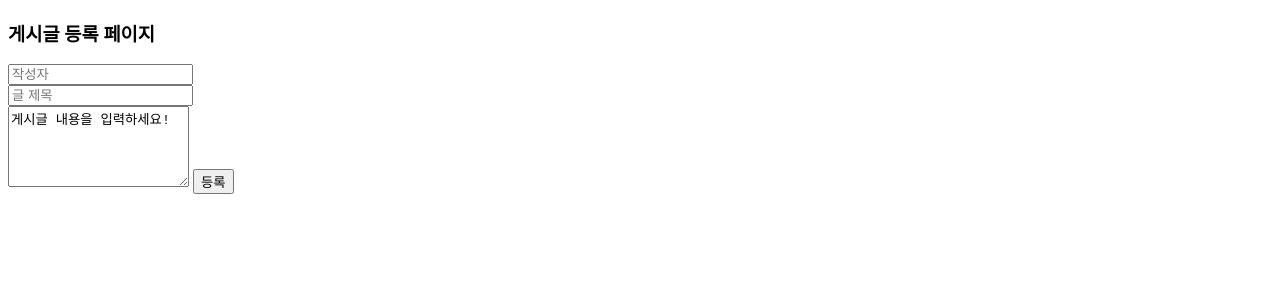
Repository: kitae1995/jsp-pratice
Page: http://localhost/JspBasic/board/board_write2.jsp
The author's editor kept a copy of each file at every save. The page is drawn from the files as they stood at one save, then again after the next save.
The browser window is 1280 px wide. The pictures show the whole page.
The page is served by Tomcat 9.

Above is the page before, as saved 2023-09-14 09:03:21.

After the next save:
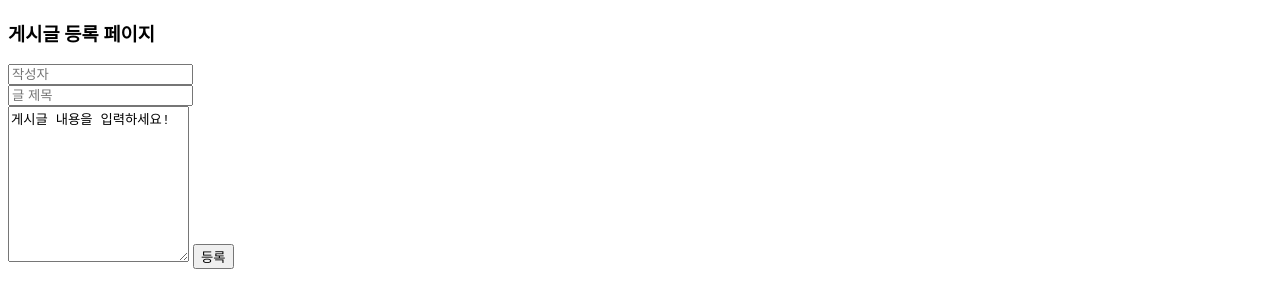
Saved 13 s later.
--- a/JspBasic/src/main/webapp/board/board_write2.jsp
+++ b/JspBasic/src/main/webapp/board/board_write2.jsp
@@ -11,7 +11,7 @@
 <form action="/JspBasic/regist.board">
 <input type="text" name="writer" placeholder="작성자"><br>
 <input type="text" name="title" placeholder="글 제목"><br>
-<textarea rows="5">게시글 내용을 입력하세요!</textarea>
+<textarea rows="10">게시글 내용을 입력하세요!</textarea>
 <input type="button" value="등록">
 </form>
 
